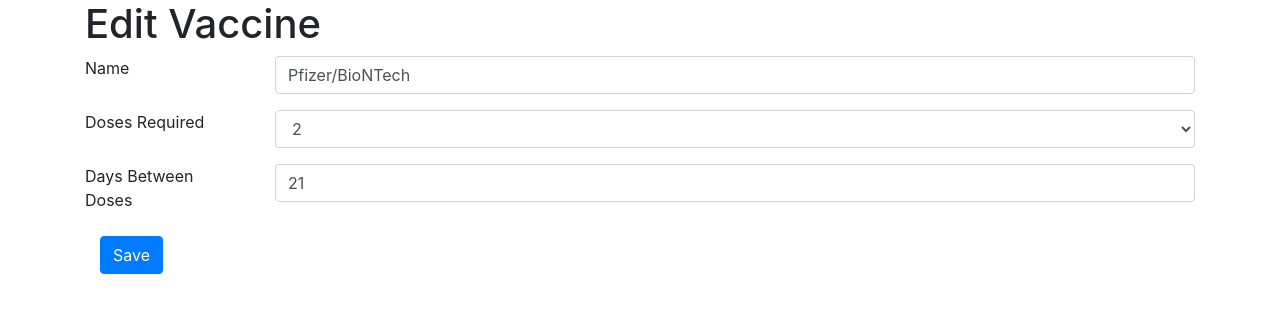
Repository: Thangtran1100/School-Stuff
Page: http://localhost/lab9/EditVaccine?id=1
An editor plug-in stored every save of this project. The page is shown before and after the next save, followed by the edit.
The browser window is 1280 px wide. The pictures show the whole page.
Some web libraries are served in a nearby version. The page is served by Tomcat 9. Other server files are loaded and not shown.

Above is the page before, as saved 2023-03-27 21:53:20.

### Spring 2023/CS3220/Assignments/3220-Lab9-App/lab9/src/main/webapp/EditVaccine.jsp
<%@ page language="java" contentType="text/html; charset=UTF-8"
    pageEncoding="UTF-8"%>
<%@ taglib prefix="c" uri="http://java.sun.com/jsp/jstl/core"%>
<!DOCTYPE html>
<html lang="en">
<head>
    <meta charset="UTF-8">
    <title>Edit Vaccine</title>
    <link rel="stylesheet"
	href="https://maxcdn.bootstrapcdn.com/bootstrap/4.0.0/css/bootstrap.min.css">
</head>
<body>
    <div class="container">
        <h1>Edit Vaccine</h1>
        <form action="EditVaccine" method="post" class="form-horizontal">
            <input type="hidden" name="id" value="${vaccineEntry.id}">

            <div class="form-group row">
                <label for="name" class="col-sm-2 text-md-start control-label">Name</label>
                <div class="col-sm-10">
                    <input type="text" name="name" class="form-control" value="${vaccineEntry.vaccine}">
                </div>
            </div>

            <div class="form-group row">
                <label for="dose" class="col-sm-2 control-label">Doses Required</label>
                <div class="col-sm-10">
                    <select name="dose" class="form-control">
                        <c:forEach begin="1" end="2" var="index">
                            <c:choose>
                                <c:when test="${index == vaccineEntry.doseRequired}">
                                    <option value="${index}" selected>${index}</option>
                                </c:when>
                                <c:otherwise>
                                    <option value="${index}">${index}</option>
                                </c:otherwise>
                            </c:choose>
                        </c:forEach>
                    </select>
                </div>
            </div>

            <div class="form-group row">
                <label for="days" class="col-sm-2 control-label">Days Between Doses</label>
                <div class="col-sm-10">
                    <input type="text" name="days" class="form-control" value="${vaccineEntry.daysBetweenDose}">
                </div>
            </div>
            <div class="form-group">
                <div class="col-sm-offset-2 col-sm-10">
                    <button type="submit" class="btn btn-primary">Save</button>
                </div>
            </div>
        </form>
    </div>
    <!-- Bootstrap JS -->
    <script src="https://ajax.googleapis.com/ajax/libs/jquery/3.2.1/jquery.min.js"></script>
    <script src="https://maxcdn.bootstrapcdn.com/bootstrap/3.3.7/js/bootstrap.min.js"></script>
</body>
</html>

### Spring 2023/CS3220/Assignments/3220-Lab9-App/lab9/src/main/java/lab9/servlet/EditVaccine.java
package lab9.servlet;

import java.io.IOException;
import java.io.PrintWriter;
import java.util.List;

import javax.servlet.ServletException;
import javax.servlet.annotation.WebServlet;
import javax.servlet.http.HttpServlet;
import javax.servlet.http.HttpServletRequest;
import javax.servlet.http.HttpServletResponse;

import model.VaccineEntry;
import utilities.ServletUtilities;

/**
 * Servlet implementation class EditVaccine
 */
@WebServlet("/EditVaccine")
public class EditVaccine extends HttpServlet {
	private static final long serialVersionUID = 1L;

    /**
     * @see HttpServlet#HttpServlet()
     */
    public EditVaccine() {
        super();
        // TODO Auto-generated constructor stub
    }

	/**
	 * @see HttpServlet#doGet(HttpServletRequest request, HttpServletResponse response)
	 */
	protected void doGet(HttpServletRequest request, HttpServletResponse response) throws ServletException, IOException {
		// TODO Auto-generated method stub

		List<VaccineEntry> entries = ServletUtilities.getVaccineEntresFromServletContext(getServletContext());

		int vaccineId = Integer.parseInt(request.getParameter("id"));

		VaccineEntry vaccineEntry = null;

		for(VaccineEntry entry : entries)
		{
			if(entry.getId() == vaccineId)
			{
				vaccineEntry = entry;
				break;
			}
		}

		request.setAttribute("vaccineEntry", vaccineEntry);
		request.getRequestDispatcher("EditVaccine.jsp").forward(request, response);

	}

	/**
	 * @see HttpServlet#doPost(HttpServletRequest request, HttpServletResponse response)
	 */
	protected void doPost(HttpServletRequest request, HttpServletResponse response) throws ServletException, IOException {
		// TODO Auto-generated method stub


		String vaccine = request.getParameter( "name" );
        String doses = request.getParameter( "dose" );
        String days = request.getParameter( "days" );

        List<VaccineEntry> entries = ServletUtilities.getVaccineEntresFromServletContext(getServletContext());


        for( VaccineEntry entry : entries )
        {
        	if(vaccine.equals(entry.getVaccine()))
        	{
        		entry.setDoseRequired(doses);
        		entry.setDaysBetweenDose(days);
        	}
        }


        response.sendRedirect( "ListVaccine" );

	}

}

### Spring 2023/CS3220/Assignments/3220-Lab9-App/lab9/src/main/java/utilities/ServletUtilities.java
package utilities;

import java.util.ArrayList;
import java.util.List;

import javax.servlet.ServletContext;

import model.VaccineEntry;

public class ServletUtilities {

	public static final String VaccineEntresKey = "entries";
	public static final String DOCTYPE =
			"<!DOCTYPE HTML>";

	public static String headWithTitle(String title) {
		return(
				DOCTYPE + "\n" +
						"<HTML>\n" +
						"<HEAD><TITLE>" + title + "</TITLE></HEAD>\n");
	}

	public static String titleWithBody(String title, String body) {
		return (headWithTitle(title) + "<BODY>" + body + "</BODY>\n" + "</HTML>\n");
	}

	public static int getInt(String str){
		try {
			int val = str == null || str.trim().length() == 0 ? 0
		            : Integer.parseInt( str );
			return val;
		}catch(Exception ex) { }
		return 0;
   }

	public static VaccineEntry getEntry(List<VaccineEntry> entries, int id){
		VaccineEntry entry = null;
		for( var e : entries )
            if( e.getId() == id )
            {
                entry = e;
                break;
            }
		return entry;
   }

	public static List<VaccineEntry> getVaccineEntresFromServletContext(ServletContext context){
		var obj = context.getAttribute( VaccineEntresKey );
		if (obj == null) return new ArrayList<VaccineEntry>();
		try {
			return (List<VaccineEntry>) obj;
		}catch(Exception ex) { return new ArrayList<VaccineEntry>(); }
   }

}

After the next save:
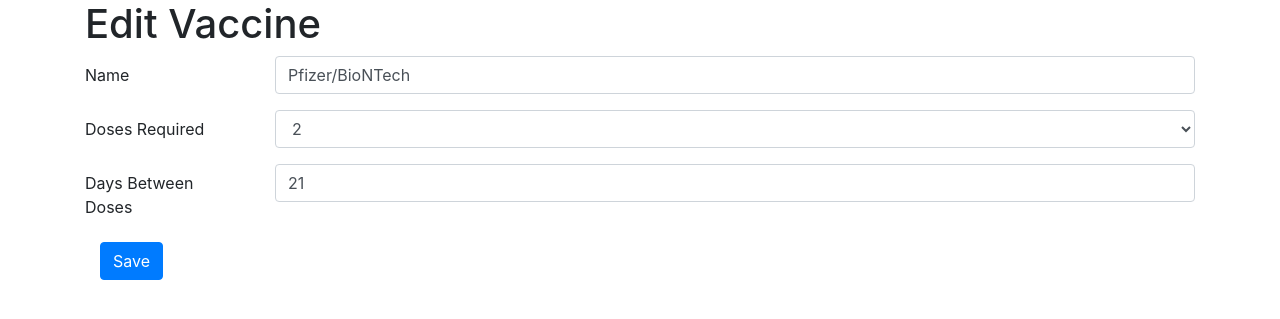
Saved 95 s later.
--- a/Spring 2023/CS3220/Assignments/3220-Lab9-App/lab9/src/main/webapp/EditVaccine.jsp
+++ b/Spring 2023/CS3220/Assignments/3220-Lab9-App/lab9/src/main/webapp/EditVaccine.jsp
@@ -16,14 +16,14 @@
             <input type="hidden" name="id" value="${vaccineEntry.id}">
 
             <div class="form-group row">
-                <label for="name" class="col-sm-2 text-md-start control-label">Name</label>
+                <label for="name" class="col-lg-2 col-form-label control-label">Name</label>
                 <div class="col-sm-10">
                     <input type="text" name="name" class="form-control" value="${vaccineEntry.vaccine}">
                 </div>
             </div>
 
             <div class="form-group row">
-                <label for="dose" class="col-sm-2 control-label">Doses Required</label>
+                <label for="dose" class="col-lg-2 col-form-label control-label">Doses Required</label>
                 <div class="col-sm-10">
                     <select name="dose" class="form-control">
                         <c:forEach begin="1" end="2" var="index">
@@ -41,7 +41,7 @@
             </div>
 
             <div class="form-group row">
-                <label for="days" class="col-sm-2 control-label">Days Between Doses</label>
+                <label for="days" class="col-lg-2 col-form-label control-label">Days Between Doses</label>
                 <div class="col-sm-10">
                     <input type="text" name="days" class="form-control" value="${vaccineEntry.daysBetweenDose}">
                 </div>
